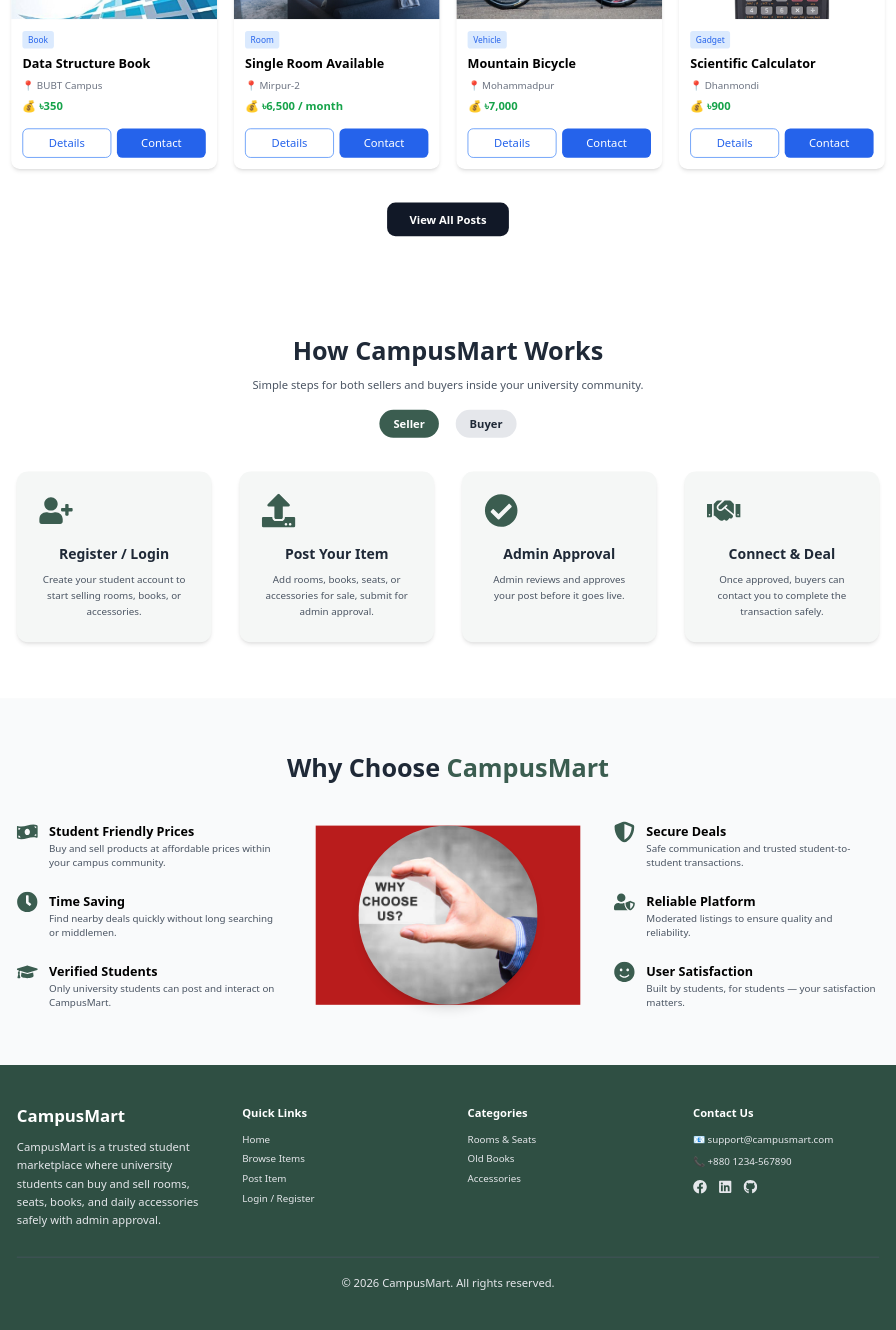
Repository: jahidhasanri/CAMPUSMART
Page: /
The author's editor kept a copy of each file at every save. The page is drawn from the files as they stood at one save, then again after the next save.
The browser window is 1280 px wide. The pictures show the part of the page from y = 1509 to 3429 px (the page is 3409 px tall before and 3429 px after), at 70% of full size.
The project was rebuilt for these pictures with package versions that can differ from the ones it lists, and the page was loaded fresh each time. Also part of the build but not shown: vite.config.js, src/Pages/Login.jsx, src/Pages/Register.jsx, src/Pages/Posts.jsx.

Above is the page before, as saved 2026-01-18 23:54:58.

### index.html
<!doctype html>
<html lang="en">
  <head>
    <meta charset="UTF-8" />
    <link rel="icon" type="image/svg+xml" href="/vite.svg" />
    <meta name="viewport" content="width=device-width, initial-scale=1.0" />
    <title>campusmart</title>
  </head>
  <body>
    <div id="root"></div>
    <script type="module" src="/src/main.jsx"></script>
  </body>
</html>

### src/main.jsx
import { StrictMode } from 'react'
import { createRoot } from 'react-dom/client'
import './index.css'
import { RouterProvider } from 'react-router-dom'
import Router from './router/Router.jsx'


createRoot(document.getElementById('root')).render(
  <StrictMode>
    <RouterProvider router={Router} />
  </StrictMode>,
)

### src/router/Router.jsx
import { createBrowserRouter } from "react-router-dom";
import Home from "../Pages/Home.jsx";
import Main from "../components/Main.jsx";
import Login from "../Pages/Login.jsx";
import Register from "../Pages/Register.jsx";
import Posts from "../Pages/Posts.jsx";


const Router = createBrowserRouter([
  {
    path: "/",
    element: <Main></Main>,
    children:[
        {
            index:true,
            element:<Home></Home>
        },
        {
          path:"/login",
          element:<Login></Login>
        },
        {
          path:"/register",
          element:<Register></Register>
        },
        {
          path:"/posts",
          element:<Posts></Posts>
        }
    ]
  },
]);

export default Router;

### src/Pages/Home.jsx
import React from 'react';
import Banner from '../components/Banner';
import Categories from '../components/Category';
import HowItWorks from '../components/HowItWorks';
import Posts from '../components/Posts';
import WhyChooseUs from '../components/WhyChooseUs';

const Home = () => {
    return (
        <div>
            <Banner></Banner>
            <Categories></Categories>
            <Posts></Posts>
            <HowItWorks></HowItWorks>
            <WhyChooseUs></WhyChooseUs>
        </div>
    );
};

export default Home;

### src/components/Main.jsx
import React from 'react';
import { Outlet } from 'react-router-dom';
import Navbar from './Navbar';
import Footer from './Footer';

const Main = () => {
    return (
        <div className=''>
            <Navbar></Navbar>
            <div className="min-h-[calc(100vh-422px)]">

            <Outlet></Outlet>
            </div>
            <Footer></Footer>
        </div>
    );
};

export default Main;

### src/components/Banner.jsx
import { useState, useEffect } from "react";

const slides = [
  {
    title: "Find Rooms & Seats Inside Your Campus",
    subtitle:
      "Easily find or post available rooms and seats within your university area with admin approval.",
    image: "/images/room1.png",
  },
  {
    title: "Buy & Sell Previous Semester Books",
    subtitle:
      "Save money by buying used books or sell your old semester books to juniors.",
    image: "/images/books.png",
  },
  {
    title: "Student Accessories Marketplace",
    subtitle:
      "Calculator, table lamp, chair, bag and other student essentials - all in one place.",
    image: "/images/product-3.png",
  },
];

const Banner = () => {
  const [current, setCurrent] = useState(0);

  // auto slide
  useEffect(() => {
    const interval = setInterval(() => {
      setCurrent((prev) => (prev + 1) % slides.length);
    }, 10000);

    return () => clearInterval(interval);
  }, []);

  return (
    <div className="w-full bg-[#3b5d50]">
      <div className="max-w-[1300px] mx-auto px-4 py-20">
        <div className="grid grid-cols-1 md:grid-cols-2 items-center gap-10">

          {/* LEFT CONTENT */}
          <div className="text-white">
            <h1 className="text-3xl md:text-5xl font-bold mb-4 leading-tight">
              {slides[current].title}
            </h1>

            <p className="text-gray-200 text-lg mb-8">
              {slides[current].subtitle}
            </p>

            <div className="flex gap-4 flex-wrap">
              <button className="bg-white text-[#3b5d50] px-6 py-3 rounded-lg font-semibold hover:bg-gray-200 transition">
                Browse Items
              </button>
              <button className="border border-white px-6 py-3 rounded-lg font-semibold hover:bg-white hover:text-[#3b5d50] transition">
                Post an Item
              </button>
            </div>
          </div>

          {/* RIGHT IMAGE */}
          <div className="flex justify-center">
            <img
              src={slides[current].image}
              alt="banner"
              className="w-full max-h-[350px] max-w-[550px] object-contain"
            />
          </div>
        </div>

        {/* DOTS */}
        <div className="flex justify-center mt-10 gap-3">
          {slides.map((_, index) => (
            <button
              key={index}
              onClick={() => setCurrent(index)}
              className={`h-3 w-3 rounded-full ${
                current === index ? "bg-white" : "bg-gray-400"
              }`}
            ></button>
          ))}
        </div>
      </div>
    </div>
  );
};

export default Banner;

### src/components/Category.jsx
/* eslint-disable no-unused-vars */

import { motion } from "framer-motion";
import { FaHome, FaBook, FaShoppingBag } from "react-icons/fa";

const categories = [
  {
    title: "Rooms & Seats",
    desc: "Find or rent rooms and seats near your campus easily.",
    icon: <FaHome />,
  },
  {
    title: "Old Books",
    desc: "Buy and sell previous semester books at affordable prices.",
    icon: <FaBook />,
  },
  {
    title: "Accessories",
    desc: "Daily student essentials like bags, calculators, gadgets & more.",
    icon: <FaShoppingBag />,
  },
];

const fadeUp = {
  hidden: { opacity: 0, y: 60 },
  visible: {
    opacity: 1,
    y: 0,
    transition: {
      duration: 0.7,
      ease: "easeOut",
    },
  },
};

const Categories = () => {
  return (
    <section className="py-20 bg-[#f5f7f6]">
      <div className="max-w-[1300px] mx-auto px-6">

        {/* TITLE */}
        <motion.div
          variants={fadeUp}
          initial="hidden"
          whileInView="visible"
          viewport={{ once: true }}
          className="text-center mb-16"
        >
          <h2 className="text-3xl md:text-4xl font-bold text-gray-800 mb-4">
            Browse by Category
          </h2>
          <p className="text-gray-600 max-w-xl mx-auto">
            Explore categories specially designed for university students.
          </p>
        </motion.div>

        {/* CARDS */}
        <div className="grid grid-cols-1 md:grid-cols-2 lg:grid-cols-3 gap-10">
          {categories.map((item, index) => (
            <motion.div
              key={index}
              variants={fadeUp}
              initial="hidden"
              whileInView="visible"
              viewport={{ once: true }}
              transition={{ delay: index * 0.15 }}
              className="bg-white rounded-2xl p-8 shadow-md hover:shadow-lg transition-shadow duration-300"
            >
              <div className="text-4xl text-[#3b5d50] mb-6">
                {item.icon}
              </div>

              <h3 className="text-xl font-semibold text-gray-800 mb-3">
                {item.title}
              </h3>

              <p className="text-gray-600 text-sm leading-relaxed">
                {item.desc}
              </p>
            </motion.div>
          ))}
        </div>

      </div>
    </section>
  );
};

export default Categories;

### src/components/HowItWorks.jsx
/* eslint-disable no-unused-vars */
import { useState } from "react";
import { motion, AnimatePresence } from "framer-motion";
import { FaUserPlus, FaUpload, FaCheckCircle, FaHandshake, FaSearch, FaInfoCircle, FaPhone, FaShoppingCart } from "react-icons/fa";

const sellerSteps = [
  { id: 1, icon: <FaUserPlus />, title: "Register / Login", desc: "Create your student account to start selling rooms, books, or accessories." },
  { id: 2, icon: <FaUpload />, title: "Post Your Item", desc: "Add rooms, books, seats, or accessories for sale, submit for admin approval." },
  { id: 3, icon: <FaCheckCircle />, title: "Admin Approval", desc: "Admin reviews and approves your post before it goes live." },
  { id: 4, icon: <FaHandshake />, title: "Connect & Deal", desc: "Once approved, buyers can contact you to complete the transaction safely." },
];

const buyerSteps = [
  { id: 1, icon: <FaSearch />, title: "Browse Items", desc: "Explore available rooms, books, and accessories inside your campus." },
  { id: 2, icon: <FaInfoCircle />, title: "Check Details", desc: "See post info, price, location, and ensure it is admin approved." },
  { id: 3, icon: <FaPhone />, title: "Connect With Seller", desc: "Contact the seller safely to negotiate or ask questions." },
  { id: 4, icon: <FaShoppingCart />, title: "Buy / Rent", desc: "Complete the transaction and enjoy your new item." },
];

const fadeUp = {
  hidden: { opacity: 0, y: 60 },
  visible: { opacity: 1, y: 0, transition: { duration: 0.7, ease: "easeOut" } },
};

const HowItWorks = () => {
  const [activeTab, setActiveTab] = useState("seller");

  const steps = activeTab === "seller" ? sellerSteps : buyerSteps;

  return (
    <section className="py-20 bg-white">
      <div className="max-w-[1300px] mx-auto px-6">

        {/* SECTION TITLE + TAB */}
        <motion.div
          variants={fadeUp}
          initial="hidden"
          whileInView="visible"
          viewport={{ once: true }}
          className="text-center mb-12"
        >
          <h2 className="text-3xl md:text-4xl font-bold text-gray-800 mb-4">
            How CampusMart Works
          </h2>
          <p className="text-gray-600 max-w-xl mx-auto">
            Simple steps for both sellers and buyers inside your university community.
          </p>

          {/* Tabs */}
          <div className="flex justify-center gap-6 mt-6">
            <button
              className={`px-5 py-2 rounded-full font-semibold ${activeTab === "seller" ? "bg-[#3b5d50] text-white" : "bg-gray-200 text-gray-800"}`}
              onClick={() => setActiveTab("seller")}
            >
              Seller
            </button>
            <button
              className={`px-5 py-2 rounded-full font-semibold ${activeTab === "buyer" ? "bg-[#3b5d50] text-white" : "bg-gray-200 text-gray-800"}`}
              onClick={() => setActiveTab("buyer")}
            >
              Buyer
            </button>
          </div>
        </motion.div>

        {/* Steps Grid */}
        <div className="grid grid-cols-1 md:grid-cols-2 lg:grid-cols-4 gap-10">
          <AnimatePresence mode="wait">
            {steps.map((step, index) => (
              <motion.div
                key={step.id}
                variants={fadeUp}
                initial="hidden"
                whileInView="visible"
                exit={{ opacity: 0, y: 40, transition: { duration: 0.3 } }}
                viewport={{ once: true }}
                transition={{ delay: index * 0.15 }}
                className="bg-[#f5f7f6] p-8 rounded-2xl shadow-md hover:shadow-lg transition-shadow duration-300 text-center"
              >
                <div className="text-5xl text-[#3b5d50] mb-6">{step.icon}</div>
                <h3 className="text-xl font-semibold text-gray-800 mb-3">{step.title}</h3>
                <p className="text-gray-600 text-sm leading-relaxed">{step.desc}</p>
              </motion.div>
            ))}
          </AnimatePresence>
        </div>
      </div>
    </section>
  );
};

export default HowItWorks;

### src/components/WhyChooseUs.jsx
import { FaClock, FaUserShield, FaSmile, FaGraduationCap, FaMoneyBillWave, FaShieldAlt } from "react-icons/fa";

const features = [
  {
    icon: <FaMoneyBillWave />,
    title: "Student Friendly Prices",
    desc: "Buy and sell products at affordable prices within your campus community."
  },
  {
    icon: <FaClock />,
    title: "Time Saving",
    desc: "Find nearby deals quickly without long searching or middlemen."
  },
  {
    icon: <FaGraduationCap />,
    title: "Verified Students",
    desc: "Only university students can post and interact on CampusMart."
  },
  {
    icon: <FaShieldAlt />,
    title: "Secure Deals",
    desc: "Safe communication and trusted student-to-student transactions."
  },
  {
    icon: <FaUserShield />,
    title: "Reliable Platform",
    desc: "Moderated listings to ensure quality and reliability."
  },
  {
    icon: <FaSmile />,
    title: "User Satisfaction",
    desc: "Built by students, for students — your satisfaction matters."
  },
];

const WhyChooseUs = () => {
  return (
    <section className="py-20 bg-gray-50">
      <div className="max-w-7xl mx-auto px-6">

        {/* Title */}
        <h2 className="text-4xl font-bold text-center text-gray-800 mb-14">
          Why Choose <span className="text-[#3b5d50]">CampusMart</span>
        </h2>

        <div className="grid grid-cols-1 lg:grid-cols-3 gap-12 items-center">

          {/* Left Features */}
          <div className="space-y-8">
            {features.slice(0, 3).map((item, index) => (
              <div key={index} className="flex items-start gap-4">
                <div className="text-[#3b5d50] text-3xl">
                  {item.icon}
                </div>
                <div>
                  <h4 className="font-semibold text-lg">{item.title}</h4>
                  <p className="text-gray-600 text-sm">{item.desc}</p>
                </div>
              </div>
            ))}
          </div>

          {/* Center Image */}
          <div className="flex justify-center bg-red-700">
            <div className=" rounded-full  flex items-center justify-center shadow-lg">
              <img
                src="/images/whyChooseUs.jpg" // change image
                alt="CampusMart Student"
                className="w-64 h-64 object-cover rounded-full"
              />
            </div>
          </div>

          {/* Right Features */}
          <div className="space-y-8">
            {features.slice(3).map((item, index) => (
              <div key={index} className="flex items-start gap-4">
                <div className="text-[#3b5d50] text-3xl">
                  {item.icon}
                </div>
                <div>
                  <h4 className="font-semibold text-lg">{item.title}</h4>
                  <p className="text-gray-600 text-sm">{item.desc}</p>
                </div>
              </div>
            ))}
          </div>

        </div>
      </div>
    </section>
  );
};

export default WhyChooseUs;

### src/components/Navbar.jsx

import { useState } from "react";
import { Link } from "react-router-dom";
import { TiShoppingCart } from "react-icons/ti";
import { HiMenuAlt3, HiX } from "react-icons/hi";

const Navbar = () => {
  const [menuOpen, setMenuOpen] = useState(false);

  const navLinks = [
    { name: "HOME", path: "/" },
    { name: "POSTS", path: "/products" },
    { name: "SERVICES", path: "/services" },
    { name: "ABOUT US", path: "/about" },
    { name: "BLOG", path: "/blog" },
    { name: "CONTACT", path: "/contact" },
  ];

  return (
    <header className="bg-[#3b5d50] text-white">
      <div className="max-w-[1300px]  mx-auto px-2 py-5">
        <div className="flex items-center justify-between h-16">

          {/* Logo */}
         <Link href={'/'}>
          <img src="/images/campu_logo-removebg-preview.png" className="w-[150px] h-26" alt="Green Nest Logo" />
         </Link>

          {/* Desktop Menu (lg only) */}
          <ul className="hidden lg:flex gap-10 font-normal text-sm">
            {navLinks.map((link) => {
              return (
                <li key={link.path}>
                  <Link
                    href={link.path}
                    className={`pb-1 transition-all duration-300`}
                  >
                    {link.name}
                  </Link>
                </li>
              );
            })}
          </ul>

          {/* Cart + Login (md and up) */}
          <Link href={'/login'} className="hidden md:flex items-center gap-6">
            <TiShoppingCart
              size={26}
              className="cursor-pointer hover:text-[#5a8139]"
            />
            <Link to={'/login'} className="bg-white text-[#3b5d50] px-6 py-2 rounded-lg font-semibold hover:bg-gray-200 transition">
                Login
              </Link>
          </Link>

          {/* Hamburger (md & sm only) */}
          <div className="lg:hidden">
            <button onClick={() => setMenuOpen(!menuOpen)}>
              {menuOpen ? <HiX size={28} /> : <HiMenuAlt3 size={28} />}
            </button>
          </div>
        </div>

        {/* Mobile + Tablet Menu */}
        {menuOpen && (
          <div className="lg:hidden mt-4">
            <ul className="flex flex-col gap-4 font-medium">
              {navLinks.map((link) => {
                return (
                  <li key={link.path}>
                    <Link
                      href={link.path}
                      onClick={() => setMenuOpen(false)}
                      className={`block pb-1`}
                    >
                      {link.name}
                    </Link>
                  </li>
                );
              })}
            </ul>

                <Link href={'/login'} className=" md:hidden items-center gap-6">
            <TiShoppingCart
              size={26}
              className="cursor-pointer mb-5 mt-5 hover:text-[#5a8139]"
            />
            <button className="bg-[#5a8139] mb-5 hover:bg-[#5b8139d7] px-4 py-1.5 cursor-pointer rounded">
              Login
            </button>
          </Link>

          </div>
        )}
      </div>
    </header>
  );
};

export default Navbar;

### src/components/Footer.jsx
import { FaFacebook, FaLinkedin, FaGithub } from "react-icons/fa";

const Footer = () => {
  return (
    <footer className="bg-[#2f4f43] text-gray-200">
      <div className="max-w-[1300px] mx-auto px-6 py-14">
        <div className=" grid grid-cols-1 md:grid-cols-2 lg:grid-cols-4 gap-14">

          {/* BRAND */}
          <div className="">
            <h2 className="text-2xl font-bold text-white mb-4">
              CampusMart
            </h2>
            <p className="text-[16px] leading-relaxed">
              CampusMart is a trusted student marketplace where university
              students can buy and sell rooms, seats, books, and daily
              accessories safely with admin approval.
            </p>
          </div>

          {/* QUICK LINKS */}
          <div>
            <h3 className="text-[16px] font-semibold text-white mb-4">
              Quick Links
            </h3>
            <ul className="space-y-2 text-sm">
              <li className="hover:text-white cursor-pointer">Home</li>
              <li className="hover:text-white cursor-pointer">Browse Items</li>
              <li className="hover:text-white cursor-pointer">Post Item</li>
              <li className="hover:text-white cursor-pointer">Login / Register</li>
            </ul>
          </div>

          {/* CATEGORIES */}
          <div>
            <h3 className="text-[16px] font-semibold text-white mb-4">
              Categories
            </h3>
            <ul className="space-y-2 text-sm">
              <li className="hover:text-white cursor-pointer">Rooms & Seats</li>
              <li className="hover:text-white cursor-pointer">Old Books</li>
              <li className="hover:text-white cursor-pointer">Accessories</li>
            </ul>
          </div>

          {/* CONTACT */}
          <div>
            <h3 className="text-[16px] font-semibold text-white mb-4">
              Contact Us
            </h3>
            <p className="text-sm mb-3">📧 support@campusmart.com</p>
            <p className="text-sm mb-4">📞 +880 1234-567890</p>

            <div className="flex gap-4 text-xl">
              <FaFacebook className="hover:text-white cursor-pointer" />
              <FaLinkedin className="hover:text-white cursor-pointer" />
              <FaGithub className="hover:text-white cursor-pointer" />
            </div>
          </div>

        </div>

        {/* BOTTOM */}
        <div className="border-t border-gray-600 mt-10 pt-6 text-center text-[16px]">
          © {new Date().getFullYear()} CampusMart. All rights reserved.
        </div>
      </div>
    </footer>
  );
};

export default Footer;

Loaded but not shown: src/index.css (common file); tailwind.config.js (common file); src/components/Posts.jsx (201 lines, source omitted)

After the next save:
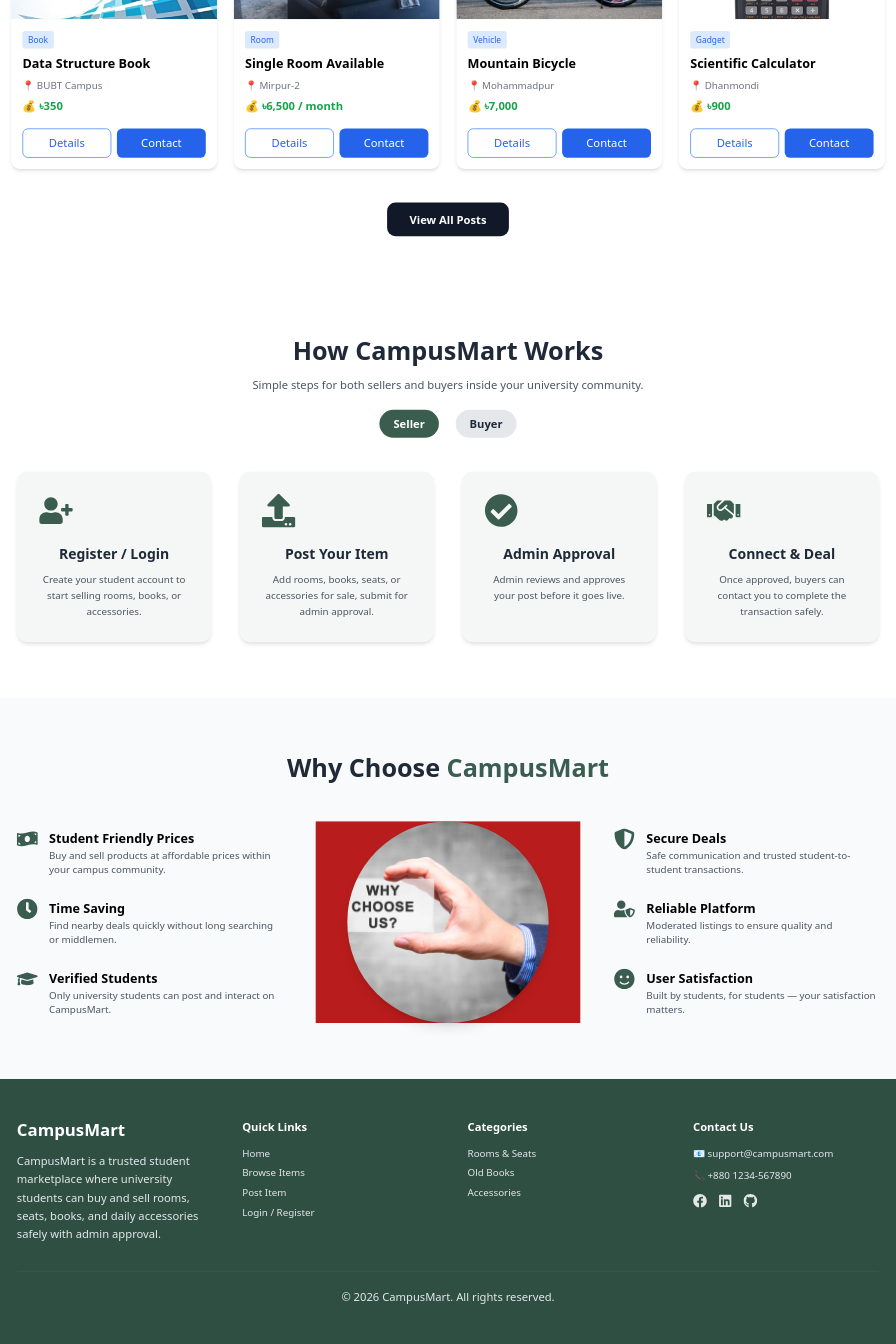
Saved 12 s later.
--- a/src/components/WhyChooseUs.jsx
+++ b/src/components/WhyChooseUs.jsx
@@ -66,7 +66,7 @@ const WhyChooseUs = () => {
               <img
                 src="/images/whyChooseUs.jpg" // change image
                 alt="CampusMart Student"
-                className="w-64 h-64 object-cover rounded-full"
+                className="w-72 h-72 object-cover rounded-full"
               />
             </div>
           </div>
